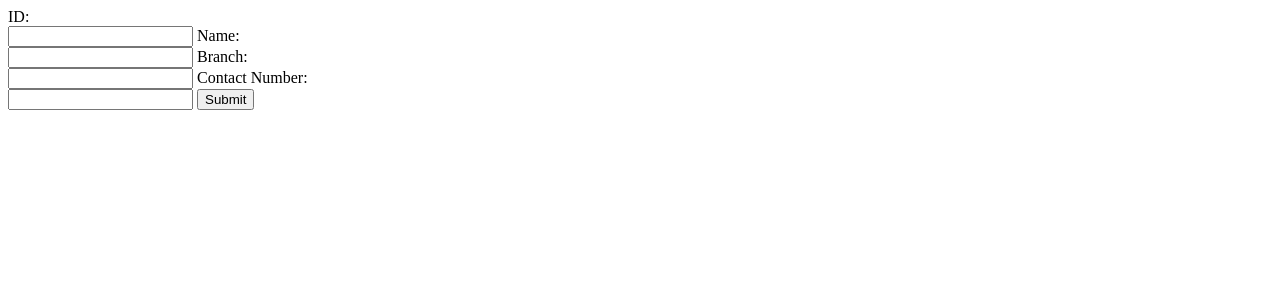
Repository: Aviligonda/Servlet_Programs
Page: StudentManagementSystem/src/main/webapp/register.html
The author's editor kept a copy of each file at every save. The page is drawn from the files as they stood at one save, then again after a run of saves.
The browser window is 1280 px wide. The pictures show the whole page.

Above is the page before, as saved 2024-11-23 15:00:12.

### StudentManagementSystem/src/main/webapp/register.html
<!DOCTYPE html>
<html>
<head>
<meta charset="UTF-8">
<title>New Registrstion</title>
</head>
<body>
<form action="addStudent.jsp">
ID: <br>
<input type ="text" name="id">
Name: <br>
<input type ="text" name="name">
Branch: <br>
<input type ="text" name="branch">
Contact Number: <br>
<input type ="text" name="contact">
<input type="submit" value="Submit">

</form>

</body>
</html>

After the next 2 saves:
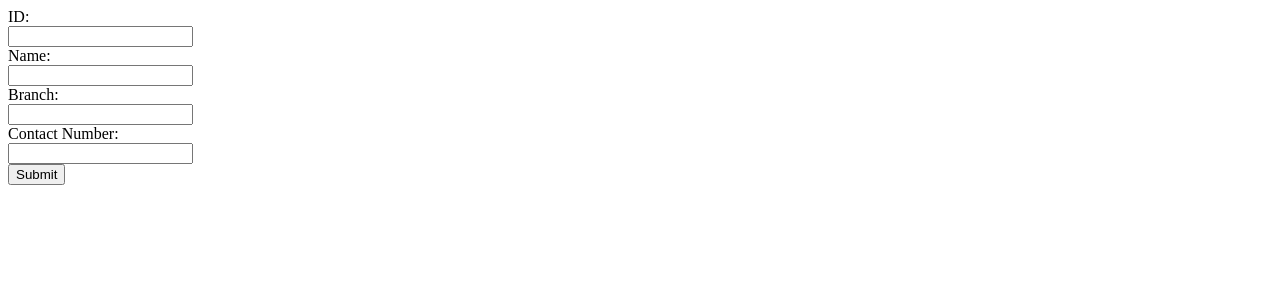
The 2 saves are shown as one change because they came seconds apart.
The last was saved 44 s later.
--- a/StudentManagementSystem/src/main/webapp/register.html
+++ b/StudentManagementSystem/src/main/webapp/register.html
@@ -7,13 +7,13 @@
 <body>
 <form action="addStudent.jsp">
 ID: <br>
-<input type ="text" name="id">
+<input type ="text" name="id"> <br>
 Name: <br>
-<input type ="text" name="name">
+<input type ="text" name="name"> <br>
 Branch: <br>
-<input type ="text" name="branch">
+<input type ="text" name="branch"> <br>
 Contact Number: <br>
-<input type ="text" name="contact">
+<input type ="text" name="contact"> <br>
 <input type="submit" value="Submit">
 
 </form>
